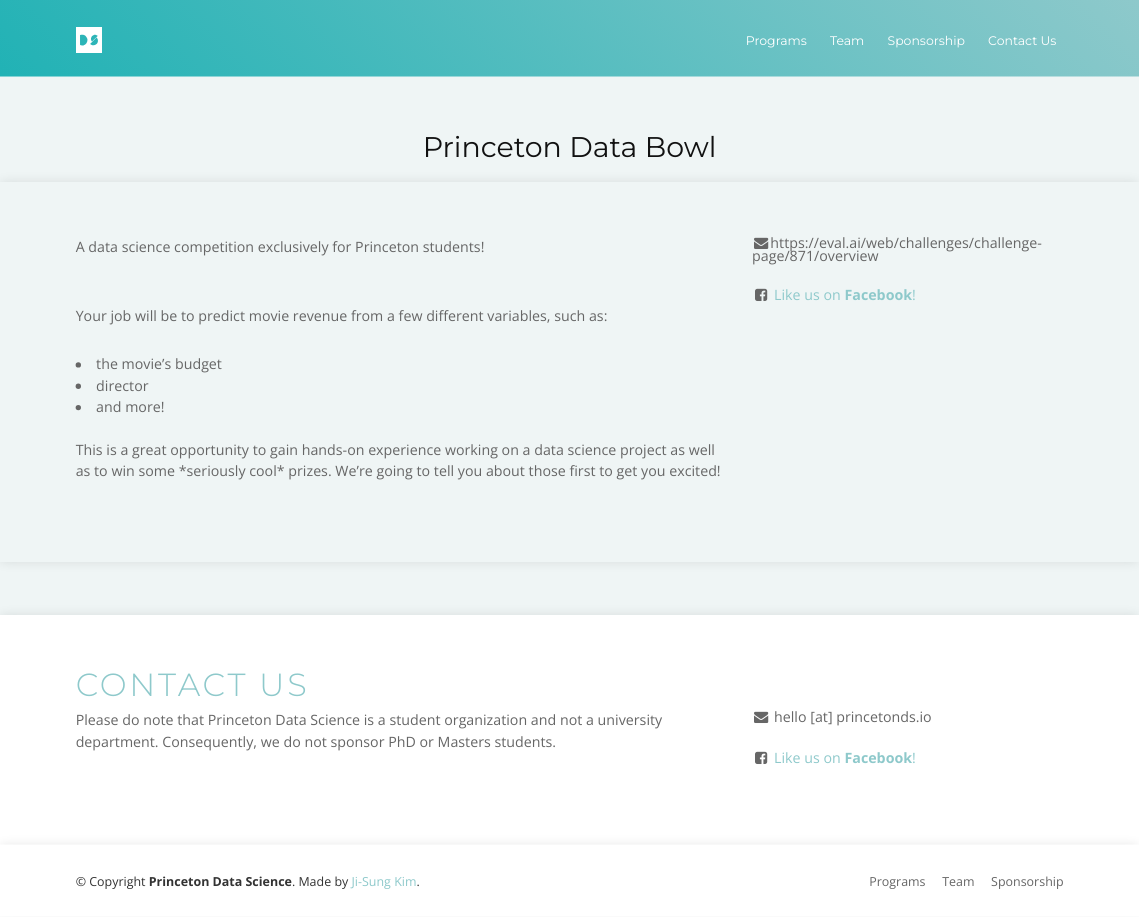
Repository: princetonds/princetonds.github.io
Page: team2.html
These files come from the project's save history. The page is drawn as it stood at one moment and after the next save; the edit follows.
The browser window is 1280 px wide. The pictures show the whole page, at 89% of full size.

Above is the page before, as saved 2021-03-20 03:23:28.
Console error: TypeError: Cannot read properties of null (reading 'innerHTML')

After the next save:
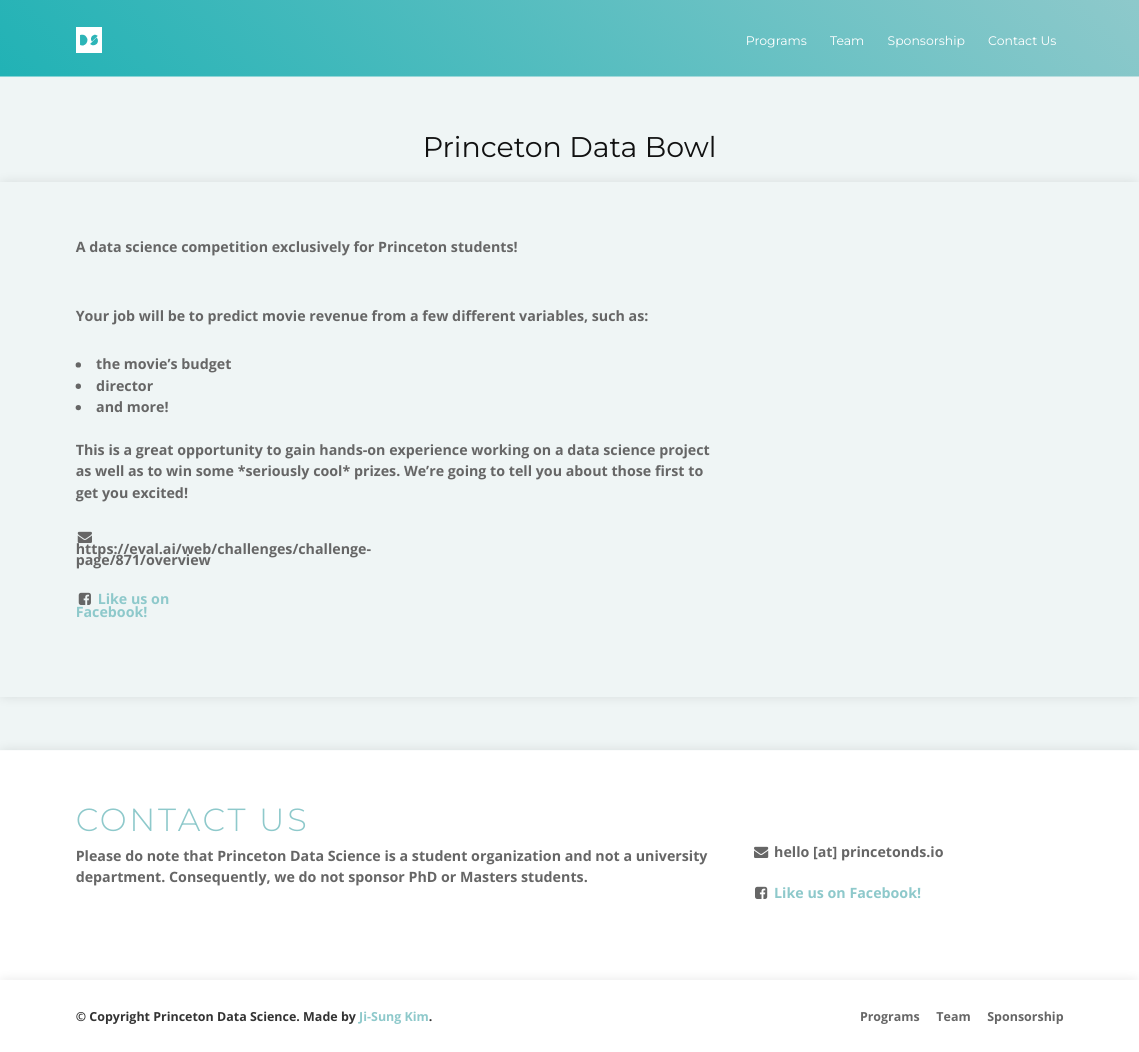
Saved 4 s later.
--- a/team2.html
+++ b/team2.html
@@ -102,7 +102,7 @@
 
         <div class="row wow fadeInUp">
           <div class="col-lg-8 col-md-6">
-            <p><strong></strong>A data science competition exclusively for Princeton students!</p>
+            <p><strong>A data science competition exclusively for Princeton students!</p>
             <br>
             <p>
                Your job will be to predict movie revenue from a few different variables, such as: </p>

After the save that followed:
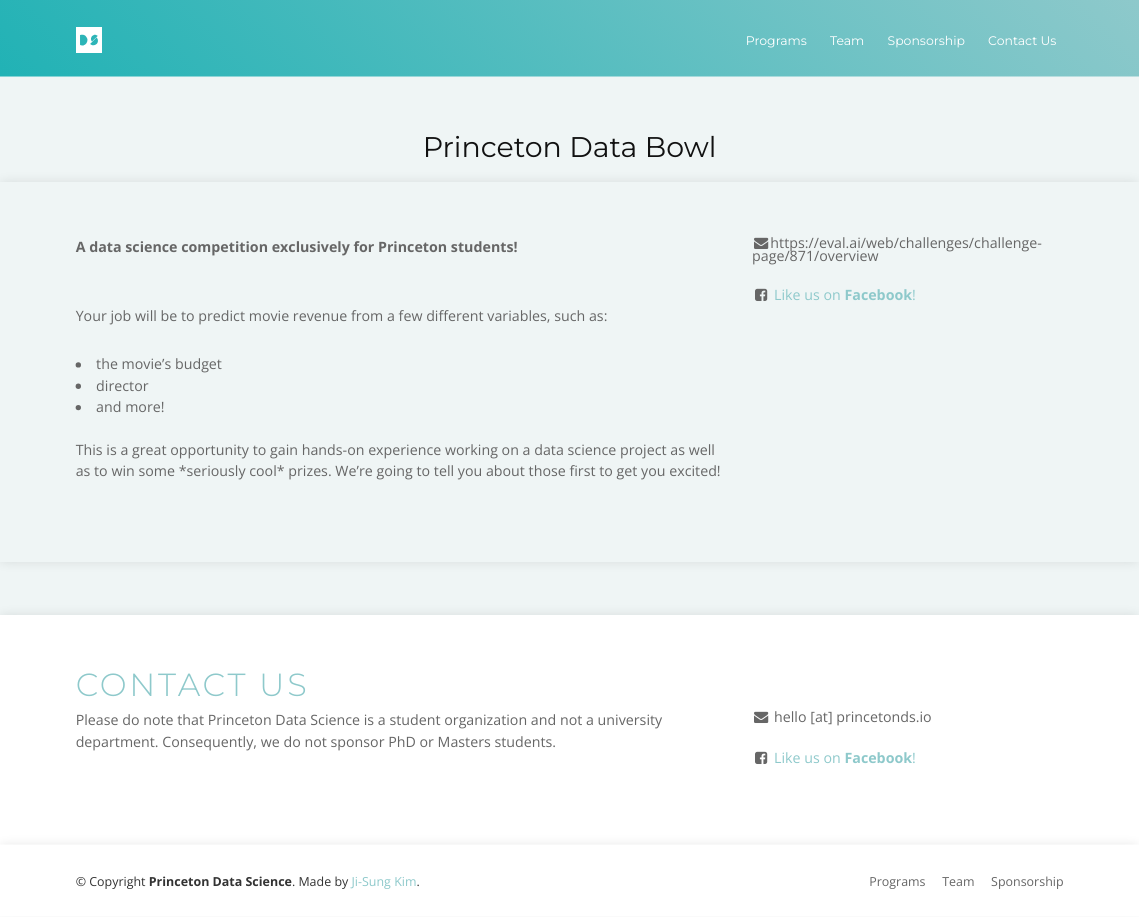
Saved 5 s later.
--- a/team2.html
+++ b/team2.html
@@ -102,7 +102,7 @@
 
         <div class="row wow fadeInUp">
           <div class="col-lg-8 col-md-6">
-            <p><strong>A data science competition exclusively for Princeton students!</p>
+            <p><strong>A data science competition exclusively for Princeton students!</strong></p>
             <br>
             <p>
                Your job will be to predict movie revenue from a few different variables, such as: </p>
